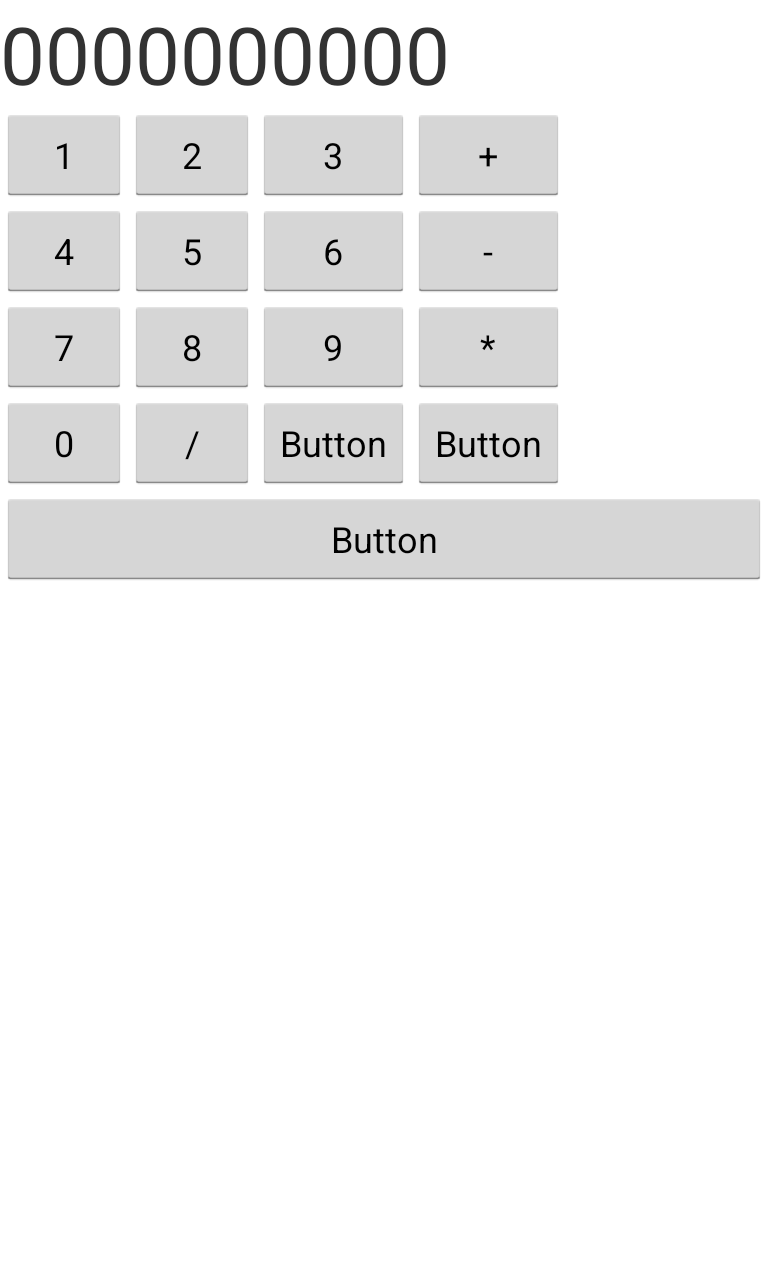
Repository: sfranco/Android
Layout: Calculadora/res/layout/activity_main.xml
These files come from the project's save history. The layout is drawn as it stood at one moment and after the next save; the edit follows.
It is drawn on a 768 x 1280 px phone screen (xhdpi) without system bars, with theme AppTheme; the app's code is not run.

Above is the layout before, as saved 2013-08-22 17:29:28.

After the next save:
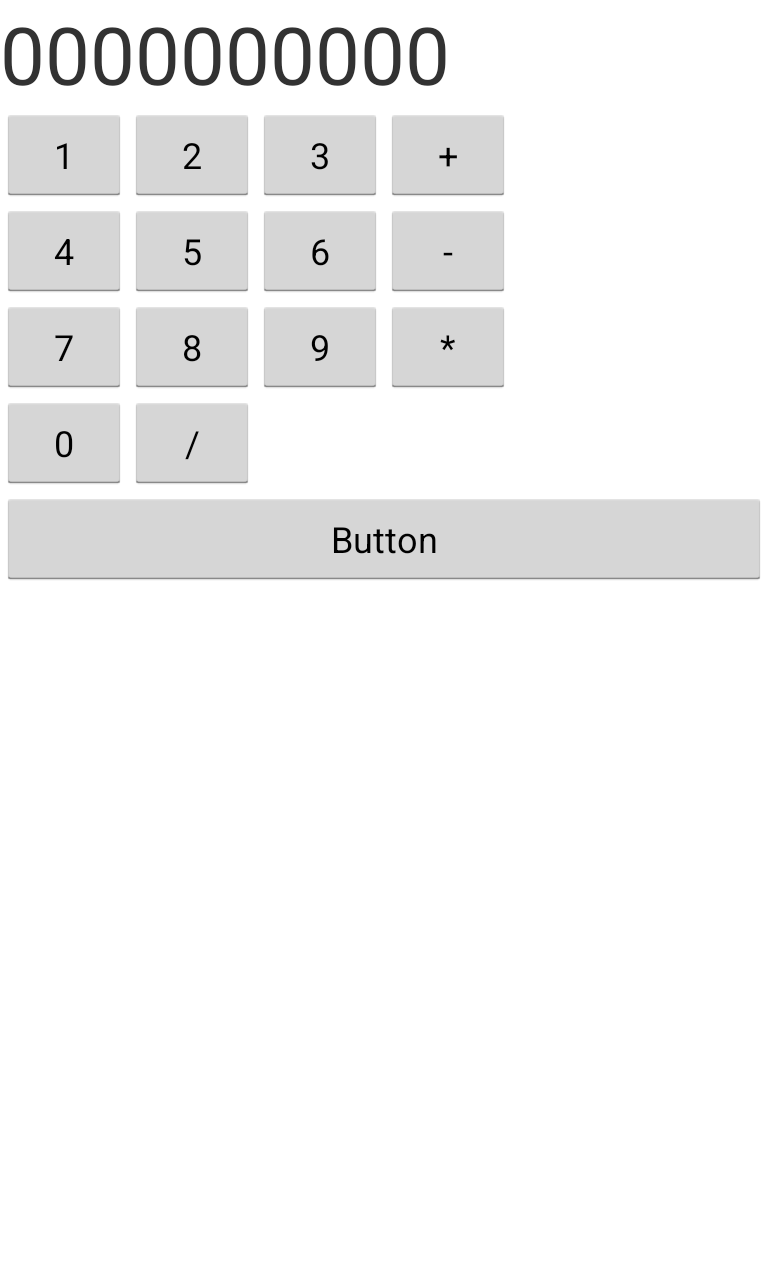
Saved 77 s later.
--- a/Calculadora/res/layout/activity_main.xml
+++ b/Calculadora/res/layout/activity_main.xml
@@ -125,19 +125,6 @@
                 android:layout_width="wrap_content"
                 android:layout_height="wrap_content"
                 android:text="/" />
-
-            <Button
-                android:id="@+id/button15"
-                android:layout_width="wrap_content"
-                android:layout_height="wrap_content"
-                android:text="Button" />
-
-            <Button
-                android:id="@+id/button16"
-                android:layout_width="wrap_content"
-                android:layout_height="wrap_content"
-                android:text="Button" />
-
         </TableRow>
 
         <Button
